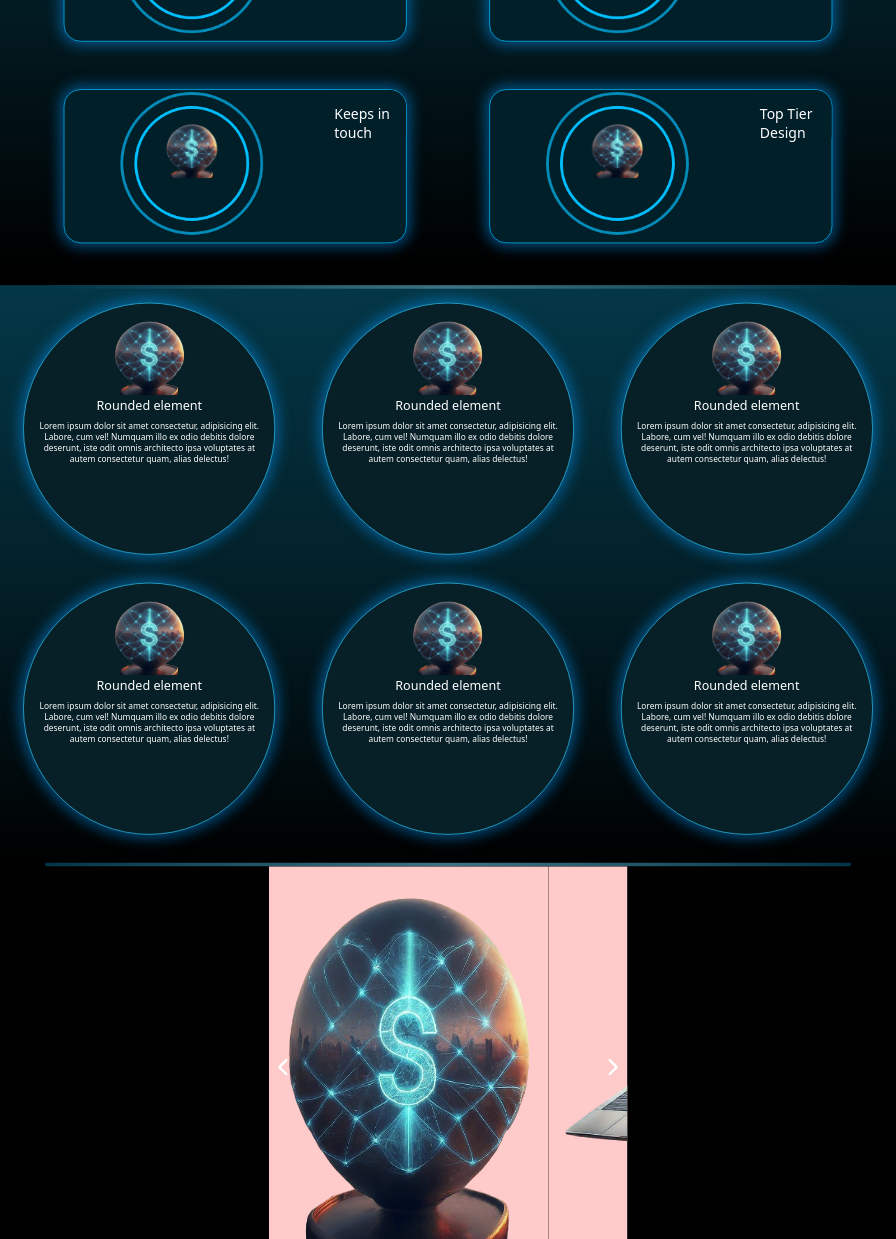
Repository: TMuse333/q3-desings2
Page: /
An editor plug-in stored every save of this project. The page is shown before and after the next save, followed by the edit.
The browser window is 1280 px wide. The pictures show the part of the page from y = 1229 to 3149 px (the page is 2999 px tall before and 3149 px after), at 70% of full size.
The project was rebuilt for these pictures with package versions that can differ from the ones it lists, and the page was loaded fresh each time. Also part of the build but not shown: vite.config.ts.

Above is the page before, as saved 2024-05-11 13:54:02.

### src/main.tsx
import React from 'react'
import ReactDOM from 'react-dom/client'
import App from './App.js'
import './index.css'
import {ContextProvider} from './context/context'

ReactDOM.createRoot(document.getElementById('root')!).render(
  <ContextProvider>
  <React.StrictMode>
    <App />
  </React.StrictMode>
  </ContextProvider>,
)

### src/App.tsx


import './App.css'

import Homepage from './components/homepage/homepage'

function App() {


  return (
    <>
<Homepage/>
    </>
  )
}

export default App

### src/index.css
@tailwind base;
@tailwind components;
@tailwind utilities;

#root{
    background-color: black;
    height:100vh;
}

body{
    background-color: black;
}

button{
    padding:0.5rem 2rem;
    background-color: black;
    color:white;
    border-radius: 1rem;
}

h1{
    color:white;
    font-size: 2rem;
}

p{
    color:white;
    /* font-size: 1.5rem; */
}

button{
    background-color: #00769e;
}

.glow {
    box-shadow: 0 0 20px 5px #3e7384;
    box-shadow: 0 0 20px 5px #003647;
box-shadow: 0 0 20px 5px rgba(2, 148, 245, 0.5);
}

.glow:hover{
    box-shadow: 0 0 40px 5px rgba(2, 148, 245, 0.5);
}

### src/context/context.tsx
import React, { createContext, useState, useContext, ReactNode, useEffect } from 'react';

// Define the type for the context value
interface GeneralContextType {
  textYPosition: number;
  setTextYPosition: React.Dispatch<React.SetStateAction<number>>;
  isMobile: boolean;
  setIsMobile: React.Dispatch<React.SetStateAction<boolean>>;
  setSecondCircleComplete:React.Dispatch<React.SetStateAction<boolean[]>>;
  secondCircleComplete: boolean[];
  isMobile2: boolean;
  setIsMobile2: React.Dispatch<React.SetStateAction<boolean>>;
  handleCircleComplete: (index: number, value: boolean) => void;
}

// Create the context
export const GeneralContext = createContext<GeneralContextType | undefined>(undefined);

// Create a provider component
export const ContextProvider: React.FC<{ children: ReactNode }> = ({ children }) => {
  // Initialize the value state
  const [textYPosition, setTextYPosition] = useState<number>(0);

  // Detect mobile devices
  const [isMobile, setIsMobile] = useState<boolean>(window.innerWidth <= 655);

  const [isMobile2, setIsMobile2] = useState<boolean>(window.innerWidth <= 655);

  const [secondCircleComplete, setSecondCircleComplete] = useState<boolean[]>(
    Array.from({ length: 7 }, () => false)
  );

  const handleCircleComplete = (index: number, value: boolean) => {
    setSecondCircleComplete((prev) => {
      const newState = [...prev]; // Create a copy of the previous state array
      newState[index] = value; // Update the value at the specified index
      return newState; // Return the new state array
    });
  };



  useEffect(() => {
    const handleScroll = () => {
      setIsMobile(window.innerWidth <= 655);
    };
    window.addEventListener('scroll', handleScroll);
    handleScroll();

    return () => {
      window.removeEventListener('scroll', handleScroll);
    };
  }, []);

  useEffect(() => {
    const handleScroll = () => {
      setIsMobile2(window.innerWidth <= 400);
    };
    window.addEventListener('scroll', handleScroll);
    handleScroll();

    return () => {
      window.removeEventListener('scroll', handleScroll);
    };
  }, []);

  useEffect(() => {
    console.log('is mobile', isMobile);
  }, [isMobile]);

  const contextValue = {
    textYPosition,
    setTextYPosition,
    isMobile,
    setIsMobile,
    secondCircleComplete,
    setSecondCircleComplete,
    isMobile2,
    setIsMobile2,
    handleCircleComplete
  };

  return <GeneralContext.Provider value={contextValue}>{children}</GeneralContext.Provider>;
};

export const useGeneralContext = (): GeneralContextType => {
  const context = useContext(GeneralContext);
  if (!context) {
    throw new Error('useGeneralContext must be used within a ContextProvider');
  }
  return context;
};

### src/App.css
#root {
  max-width: 1280px;
  margin: 0 auto;
  padding: 2rem;
  text-align: center;
}

.logo {
  height: 6em;
  padding: 1.5em;
  will-change: filter;
  transition: filter 300ms;
}
.logo:hover {
  filter: drop-shadow(0 0 2em #646cffaa);
}
.logo.react:hover {
  filter: drop-shadow(0 0 2em #61dafbaa);
}

.h1{
  color:red;
}

@keyframes logo-spin {
  from {
    transform: rotate(0deg);
  }
  to {
    transform: rotate(360deg);
  }
}

@media (prefers-reduced-motion: no-preference) {
  a:nth-of-type(2) .logo {
    animation: logo-spin infinite 20s linear;
  }
}

.card {
  padding: 2em;
}

.read-the-docs {
  color: #888;
}

### src/components/homepage/homepage.tsx
import React from "react";
import { CircleInfoGraphic } from "../circleInfographic/circleInfoGraphic";
import Content from "../content/content";
import q3 from '../../media/q3-visuals-logo-2.png'
import TextFormat from "../textFormat/textFormat";

// import { TextParallaxContentExample } from "../parallaxText/parallaxText";
import MultiLayerParallax from "../mountainParallax/mountainParallax";
import ParticlesComponent from "../particles/particles";
import nobgLaptop from '../../media/Gemini_Generated_Image_r055a1r055a1r055-removebg-preview.png'
import moneyBall from '../../media/futuristic-money-ball-removebg-preview.png'
import { description1 } from "../../data/data";
import AlternatingText from "../alternatingText/alternatingText";

import CircleList from "../circleListElement/circleList";
import Carousel from "../carousel/carousel";


const Homepage: React.FC = () => {

    const images = [
        moneyBall,
        nobgLaptop,
        q3
    ]


    // useEffect(() => {
    //     const loadTime = window.performance.timing.loadEventEnd - window.performance.timing.navigationStart;
    //     console.log('Page load time:', loadTime, 'milliseconds');
    // }, []);



    return (
        <section className="absolute top-0 left-0 w-screen">


            {/* <ParticlesComponent/> */}
            <MultiLayerParallax/>

            {/* <TextParallaxContentExample/> */}

            {/* <Content
            mainTitle='Your digital presence is important'
            image={nobgLaptop}
            customText={null}
            reverse={true}
            description={description1}
            floatingImage={true}
            hasAnimation={true}
            />

            <AlternatingText/>

            <Content
            mainTitle='Benefits of a website'
            image={moneyBall}
            customText={<TextFormat
            isAnimated={true}
            reverse={false}/>}
            reverse={false}
            description={null}
            floatingImage={true}
            hasAnimation={true}

            /> */}



<div className="relative bg-gradient-to-b from-[#043747] via-[#032029] to-transparent w-screen">
<CircleList/>
</div>

<div className="relative bg-gradient-to-b from-[#043747] via-[#032029] to-transparent w-screen">

<CircleInfoGraphic/>
</div>

{/* <div className="max-w-lg mr-auto ml-auto"> */}
<Carousel images={images}

/>
{/* </div> */}



        </section>
    )
}


export default Homepage

### src/components/circleInfographic/circleInfoGraphic.tsx
import React, {useState,useRef } from "react";
import ball from '../../media/futuristic-money-ball-removebg-preview.png'
import { motion,Variants} from 'framer-motion'
import useIntersectionObserver from "../intersectionObserver/intersectionObserver";
interface CircleProps {
    image:string
}

const CircleElement: React.FC<CircleProps> = ({image}) => {

    const [inView, setInView] = useState<boolean>(false)

    const options = {
        root: null,
        rootMargin: '-25px',
        threshold: 1,
    };

    // Apply intersection observer hook to detect when the component is in view
    const componentRef = useIntersectionObserver(setInView, options);

    const circleVariants:Variants =  {
        initial:{
            opacity:0,
            y:-60
        },
        animate:{
            opacity:1,
            y:0
        }
    }

    return (
        <motion.section
        ref={componentRef}
        variants={circleVariants}
        initial='initial'
        animate={inView ? 'animate' : 'initial'}
         className={`mt-5 mb-5
        rounded-full bg-[#071f26] hover:bg-[#0e3a47]
        mr-auto ml-auto transition-all
        h-[95vw] w-[95vw] border border-[#2dc0eb]
        flex flex-col  shadow-xl max-w-[360px]
        max-h-[360px]
        sm:w-[48vw] sm:h-[48vw]
        lg:w-[32vw] lg:h-[32vw]
        ${inView ? 'glow' : ''}`}>

            <div className="mt-4">
            <img className="w-[35vw]
            max-w-[115px] max-h-[115px] h-[35vw]
            sm:w-[10vw] sm:h-[10vw] object-cover
            mr-auto ml-auto"
            src={image}
            />
            <h1 className="text-3xl sm:text-lm lg:text-lg ">Rounded element</h1>
            <p className=" ml-auto mr-auto text-sm sm:text-xs pr-5 pl-5 pt-2">Lorem ipsum dolor sit amet consectetur, adipisicing elit. Labore, cum vel! Numquam illo ex odio debitis dolore deserunt, iste odit omnis architecto ipsa voluptates at autem consectetur quam, alias delectus!</p>
            </div>
        </motion.section>
    )
}


export const CircleInfoGraphic = () => {

    return (
        <>
          <div className="mt-5
        w-[90vw] h-[5px]
         bg-gradient-to-r from-[#003647] via-[#3e7384] to-[#003647]
        ml-auto mr-auto rounded-[200rem]
        ">

       </div>
        <section className={`flex
         justify-center flex-col items-center
          sm:grid sm:grid-cols-2 lg:grid-cols-3
           gap-4 lg:gap-0 w-screen max-w-[1500px]  ml-auto mr-auto
          `}>
            <CircleElement
            image={ball}/>
             <CircleElement
            image={ball}/>
                  <CircleElement
            image={ball}/>
             <CircleElement
            image={ball}/>
             <CircleElement
            image={ball}/>
                  <CircleElement
            image={ball}/>
        </section>
        <div className="mt-5
        w-[90vw] h-[5px]
         bg-gradient-to-r from-[#003647] via-[#3e7384] to-[#003647]
        ml-auto mr-auto rounded-[200rem]">

       </div>
       </>
    )
}

### src/components/mountainParallax/mountainParallax.tsx
import  { useRef } from "react";
import bottom from '../../media/bottom-mountain.png'

import full from '../../media/no-bg-mountain.png'
import q3 from '../../media/q3-words.png'
import { motion, useScroll, useTransform } from 'framer-motion'

export default function MultiLayerParallax() {
    const ref = useRef(null);
    const { scrollYProgress } = useScroll({
      target: ref,
      offset: ["start start", "end start"],
    });
    const backgroundY = useTransform(scrollYProgress, [0, 1], ["0%", "100%"]);
    const textY = useTransform(scrollYProgress, [0, 1], ["-20%", "200%"]);

    return (
      <div
        ref={ref}
        className="w-full h-screen overflow-hidden relative grid place-items-center"
      >
       {/* <motion.div className="z-10 relative"
         style={{ y: textY }}> */}
        <motion.img
style={{
    y:textY
}}
        src={q3}
          className="relative z-10 b"
        />
        {/* <motion.h1 className="relative z-10"
        style={{
            y:textY
        }}>
            slatry
        </motion.h1> */}


        <motion.p style={{
             y:textY
        }}
         className="text-white text-2xl relative z-10  mt-[-30rem] sm:-mt-[40rem]">Elevating Brands with discipline and creativity
         </motion.p>
         {/* </motion.div> */}


        <motion.div
          className="absolute inset-0 z-0"
          style={{
            backgroundImage: `url(${full})`,
            backgroundPosition: "bottom",
            backgroundSize: "cover",
            y: backgroundY,
          }}
        />
        <div
          className="absolute inset-0 z-20"
          style={{
            backgroundImage: `url(${bottom})`,
            backgroundPosition: "bottom",
            backgroundSize: "cover",
          }}
        />
      </div>
    );
  }

### src/components/circleListElement/circleList.tsx
import React, {useState} from "react";
import AppearingCircle from "../circleContent/appearingCircle";
import ball from '../../media/futuristic-money-ball-removebg-preview.png'
import {motion, Variants} from 'framer-motion'
import { useGeneralContext } from "../../context/context";
import laptop from '../../media/Gemini_Generated_Image_r055a1r055a1r055-removebg-preview.png'
import useIntersectionObserver from "../intersectionObserver/intersectionObserver";

interface CircleProps {
    image:string,
    title: string,
    description:string

    index:number
secondCircleComplete: boolean,
handleCircleComplete: (index: number, value: boolean) => void;
}

const CircleListElement: React.FC<CircleProps> = ({image,title, description,
    handleCircleComplete,secondCircleComplete,index
}) => {

    const [descriptionClicked, setDescriptionClicked] = useState<boolean>(false)

    function handleDescriptionClick() {
        setDescriptionClicked(!descriptionClicked)
    }





    const { isMobile }  = useGeneralContext()

    const headerVariants: Variants = {
        initial:{
            opacity:0,
            y: isMobile ? -20 : 0,
        },
        animate:{
            opacity:1,
            y:0,
            transition:{
                delay: 0.3
            }
        }

    }




    return (
        <div className=" relative flex glow justify-center  md:h-[220px]
        h-[220px] sm:h-[auto]
        md:flex-row w-[calc(100vw-5px)]  md:w-[40vw] sm2:w-[40vw] items-center sm:items-start mb-10 md:mt-3 bg-[#011f29]
        rounded-3xl max-w-[490px] ml-auto mr-auto border border-q-blue">
<AppearingCircle
secondCircleComplete={secondCircleComplete}
handleCircleComplete={handleCircleComplete}
image={image}
index={index}


/>
<section className="relative text-left pr-0 flex flex-col bg-[#011f29] rounded-3xl
h-auto min-h-0 max-h-full   items-center z-1">
<motion.h1
onClick={handleDescriptionClick}
variants={headerVariants}
initial={'initial'}
animate={secondCircleComplete ? 'animate' : 'initial'}
 className="text-white text-xl w-[80px]  ml-auto mr-auto mt-5
 "
>{title}
 </motion.h1>

<p className={`rounded-lg text-left mt-3 pl-3 pr-3 bg-blue-600 transition-height ease-in duration-300 bg-blue-800 ${descriptionClicked ? ' h-[220px] w-[125px] overflow-scroll pt-5 border-2 border-rose-500' : 'h-0 w-[125px]  overflow-hidden pt-0'}`}>
  {description}
</p>
</section>

        </div>
    )
}



const CircleList: React.FC = () => {

    const {secondCircleComplete, handleCircleComplete}
    = useGeneralContext()

    return (
        <>
        <h1>We get it done</h1>
 <section className="relative
         sm2:grid sm2:grid-cols-2 gap-4 max-w-[1200px] ml-auto
         mr-auto justify-center items-center
">
            {/* <div className="-translate-x-5"> */}
            <CircleListElement
            handleCircleComplete={handleCircleComplete}
            secondCircleComplete={secondCircleComplete[0]}
        index={0}
            image={ball}
            title='Absolute Tenacity'
            description='Be a man of your word'
            />
            {/* </div> */}
            <CircleListElement
            secondCircleComplete={secondCircleComplete[1]}
            handleCircleComplete={handleCircleComplete}
            index={1}
            image={laptop}

            title='Extreme Discipline'
            description='Gym. Code. Quantum Realm. Repeat'
            />

            <CircleListElement
            secondCircleComplete={secondCircleComplete[2]}
            handleCircleComplete={handleCircleComplete}
            index={2}
            image={ball}
            title='Code over templates'
            description='We are not template using pussies we write banging code'
            />

            <CircleListElement
            secondCircleComplete={secondCircleComplete[3]}
            handleCircleComplete={handleCircleComplete}
            index={3}
            image={ball}
            title='Refusal to fail'
            description='Gym. Code. Quantum Realm. Repeat'
            />

<CircleListElement
secondCircleComplete={secondCircleComplete[4]}
handleCircleComplete={handleCircleComplete}
index={4}
            image={ball}
            title='Keeps in touch'
            description='We are not template using pussies we write banging code'
            />

            <CircleListElement
            secondCircleComplete={secondCircleComplete[5]}
            handleCircleComplete={handleCircleComplete}
            index={5}
            image={ball}
            title='Top Tier Design'
            description='Gym. Code. Quantum Realm. Repeat'
            />



        </section>
        </>
    )
}

export default CircleList

### src/components/carousel/carousel.tsx
import React, {useState} from 'react'
import { ChevronLeft, ChevronRight } from "react-feather";

interface CarouselProps {
    images:string[]
}


const Carousel:React.FC<CarouselProps> = ({images}) =>{

    const [imageIndex, setImageIndex] = useState<number>(0)

    const handleNext = () => {
        setImageIndex((prevIndex) => (prevIndex + 1) % images.length);
      };

      const handlePrev = () => {
        setImageIndex((prevIndex) => (prevIndex - 1 + images.length) % images.length);
      };

    return (
      <div className="max-w-lg mr-auto ml-auto">
        <section className='overflow-hidden relative  '>

            <div className='flex  relative '>
                {images.map((image,index) => (
                    <img src={image}
                    key={index}
                    className='transition-transform bg-red-200
                    w-[400px]'
                    style={{
                        transform:`translateX(-${imageIndex * 100}%)`
                    }}
                    />
                ))}
                    <div className=' w-[100%]
                    flex flex-row justify-between
                    top-[50%]'>



                <button className='bg-transparent absolute
                left-[0%] top-[50%] p-0'>
                    <ChevronLeft
                    onClick={handlePrev}
                    size={40}/>
                </button>

                <button className='bg-transparent absolute
                right-[0%] top-[50%] p-0'>
                 <ChevronRight
                 onClick={handleNext}
                 size={40}/>
                </button>
            </div>
            </div>



        </section>
        </div>
    )
}

export default Carousel

### src/components/intersectionObserver/intersectionObserver.tsx
import { useEffect, useRef, Dispatch, SetStateAction } from "react";

interface IntersectionObserverOptions {
  root: Element | null;
  rootMargin?: string;
  threshold?: number | number[];
}

const useIntersectionObserver = (
  setInView: Dispatch<SetStateAction<boolean>>,
  options: IntersectionObserverOptions
) => {
  const componentRef = useRef<HTMLDivElement>(null);

  useEffect(() => {
    const observer = new IntersectionObserver(([entry]) => {
      // Update the state based on whether the component is in view
      if (entry.isIntersecting) {
        setInView(true);
        observer.disconnect();
      }
    }, options);

    if (componentRef.current) {
      observer.observe(componentRef.current);
    }

    return () => {
      if (componentRef.current) {
        observer.unobserve(componentRef.current);
      }
    };
  }, [setInView, options]);

  return componentRef;
};

export default useIntersectionObserver;

Loaded but not shown: index.html (common file); tailwind.config.js (21 lines, source omitted); src/components/circleContent/appearingCircle.tsx (297 lines, source omitted)

After the next save:
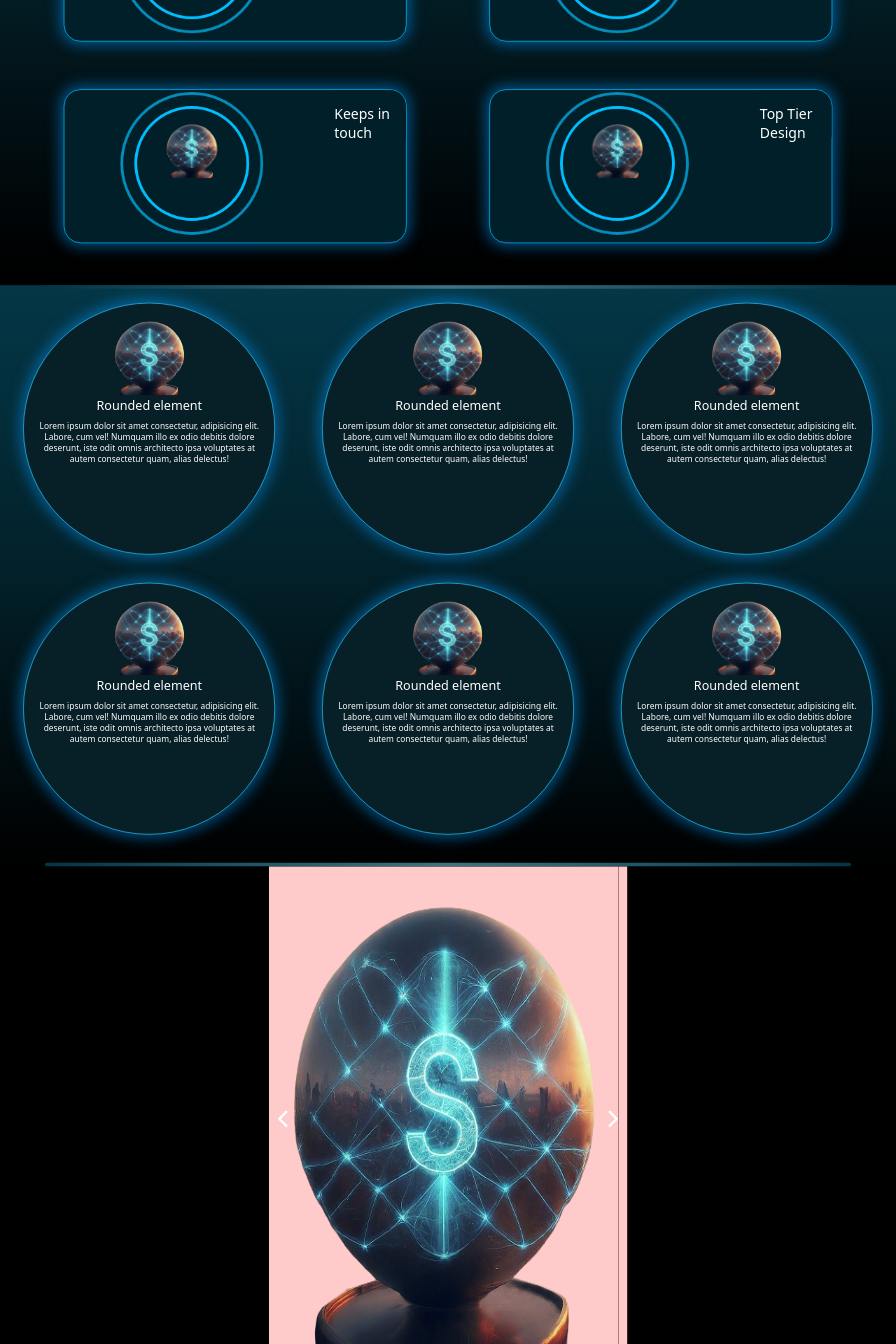
Saved 10 s later.
--- a/src/components/carousel/carousel.tsx
+++ b/src/components/carousel/carousel.tsx
@@ -27,7 +27,7 @@ const Carousel:React.FC<CarouselProps> = ({images}) =>{
                     <img src={image}
                     key={index}
                     className='transition-transform bg-red-200
-                    w-[400px]'
+                    '
                     style={{
                         transform:`translateX(-${imageIndex * 100}%)`
                     }}
